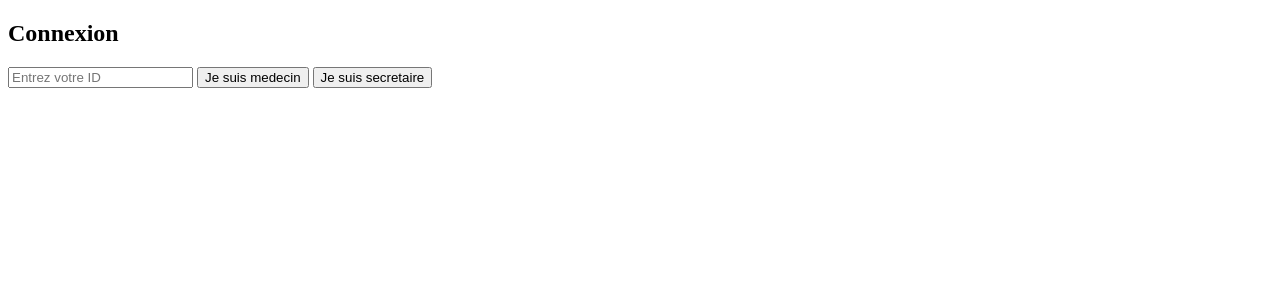
Repository: Caleb-St/CabinetMedical
Page: http://localhost/main.php
An editor plug-in stored every save of this project. The page is shown before and after the next save, followed by the edit.
The browser window is 1280 px wide. The pictures show the whole page.
The page is run by PHP 8.4 with error messages shown; the project is at /var/www/html/.

Above is the page before, as saved 2016-04-09 17:43:46.

### dbphp/main.php

<!DOCTYPE HTML>
<html>
<head>
<meta charset="utf-8" />
<style>
.error {color: #FF0000;}
</style>
</head>
<body>

<h2>Connexion</h2>
<form method="post" action="/CabinetMedical/dbphp/connectDB.php">
	<input type="text" placeholder="Entrez votre ID" name="userID">
	<input type="submit" name="medecin" value="Je suis medecin">
	<input type="submit" name="secretaire" value="Je suis secretaire">
</form>

 <!--
<h2></h2>
<form method="post" action="/dbphp/connectDB.php">
   <input type="submit" name="ConnectDB" value="Connect to DB">
 </form>
 <br>

 <form method="post" action="/dbphp/createTable.php">
   <input type="submit" name="createTable" value="create Table">
</form>
<br>
 <form method="post" action="/dbphp/updateHotelData.php">
   <input type="submit" name="updateHotelData" value="update Hotel Data">
</form>
<br>
<form method="post" action="/dbphp/deleteHotelData.php">
   <input type="submit" name="deleteHotelData" value="delete Hotel Data">
</form>
<br>
 <form method="post" action="/dbphp/InsertHotelView.php">
   <input type="submit" name="insertHotel" value="insert Hotel">
</form>
<br>
<form method="post" action="/dbphp/reservationView.php">
   <input type="submit" name="reservationView" value="Add booking">
</form>
<br>
 <form method="post" action="/dbphp/viewHotels.php">
   <input type="submit" name="viewHotels" value="view Hotels">
</form>
<br>
<form method="post" action="/dbphp/newReservation.php"> -->
<!--    <input type="submit" name="newReservation" value="newReservation"> -->
<!-- </form> -->
<!-- <br> -->
</body>
</html>

After the next save:
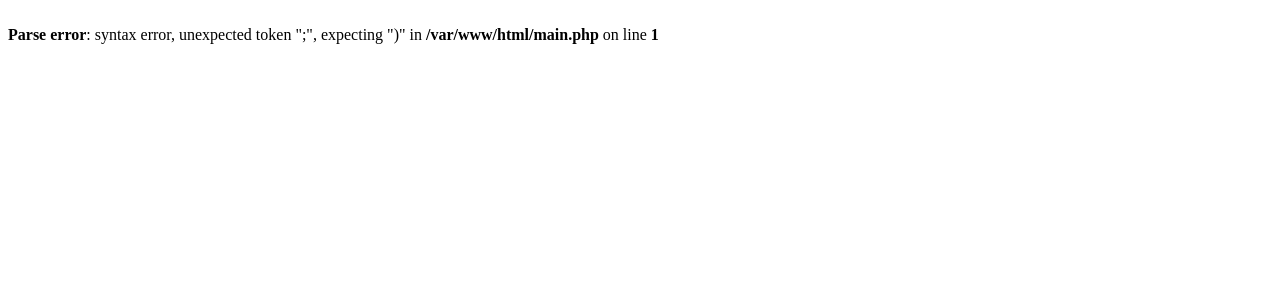
Saved 96 s later.
--- a/dbphp/main.php
+++ b/dbphp/main.php
@@ -1,4 +1,4 @@
-
+<?php setlocale(LC_ALL, "French_Canadian.UTF-8";?>
 <!DOCTYPE HTML>
 <html>
 <head>

After the save that followed:
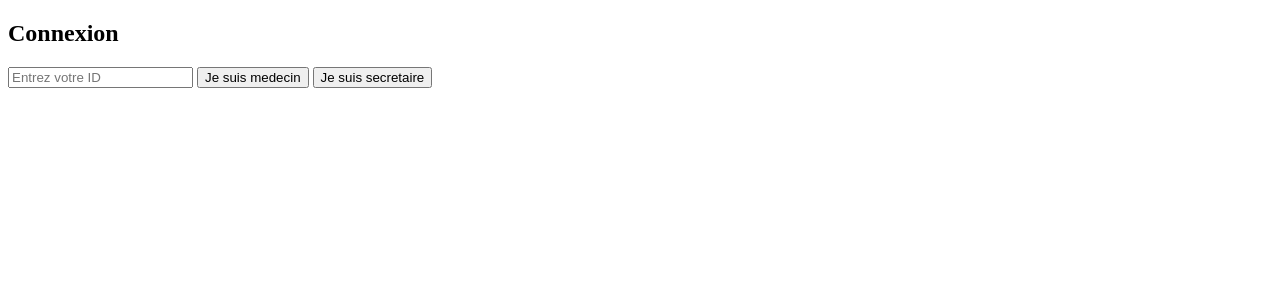
Saved 5 s later.
--- a/dbphp/main.php
+++ b/dbphp/main.php
@@ -1,4 +1,4 @@
-<?php setlocale(LC_ALL, "French_Canadian.UTF-8";?>
+<?php setlocale(LC_ALL, "French_Canadian.UTF-8");?>
 <!DOCTYPE HTML>
 <html>
 <head>
